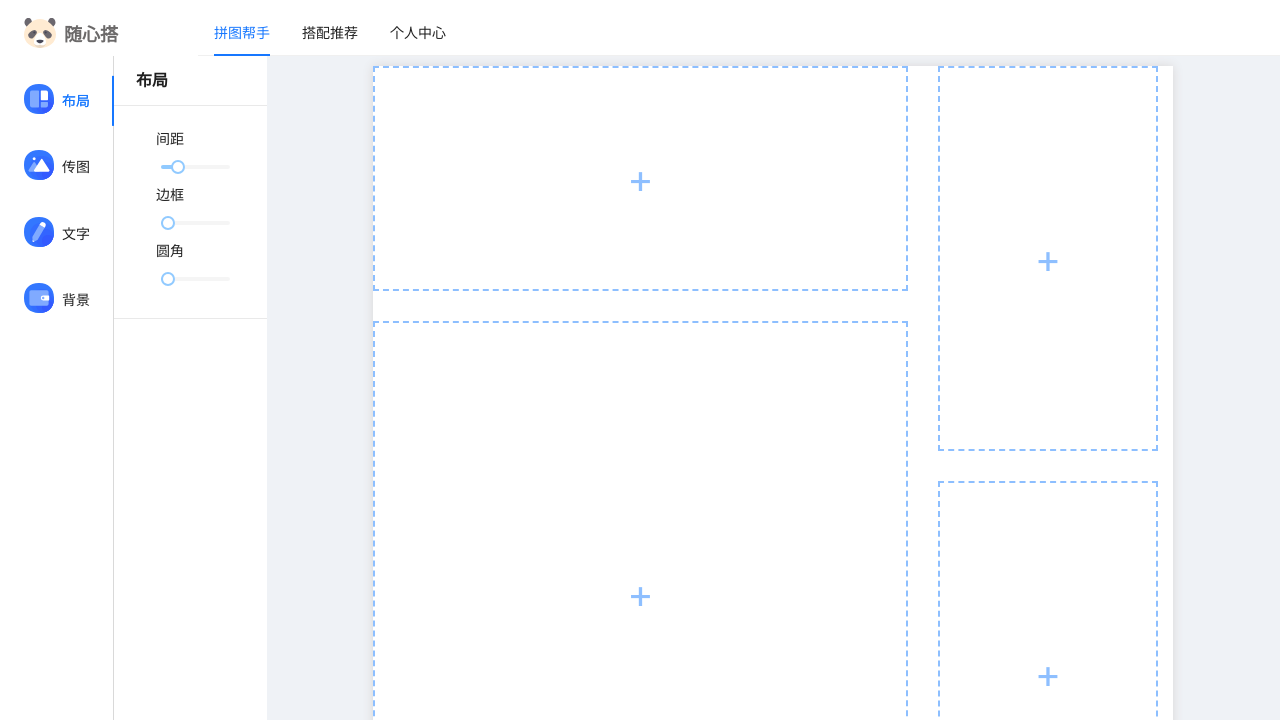
Repository: zzq1101921989/low-code
Page: /
An editor plug-in stored every save of this project. The page is shown before and after the next save, followed by the edit.
The browser window is 1280 px wide. The pictures show the whole page.
The project was rebuilt for these pictures with package versions that can differ from the ones it lists, and the page was loaded fresh each time. Also part of the build but not shown: vite.config.ts, src/pages/admin/index.tsx, src/components/icon/ClothesIcon.tsx, src/components/icon/HairIcon.tsx, src/components/icon/PantsIcon.tsx, src/components/icon/ShoeIcon.tsx, src/pages/recommend/index.tsx.

Above is the page before, as saved 2023-06-01 22:28:27.

After the next save:
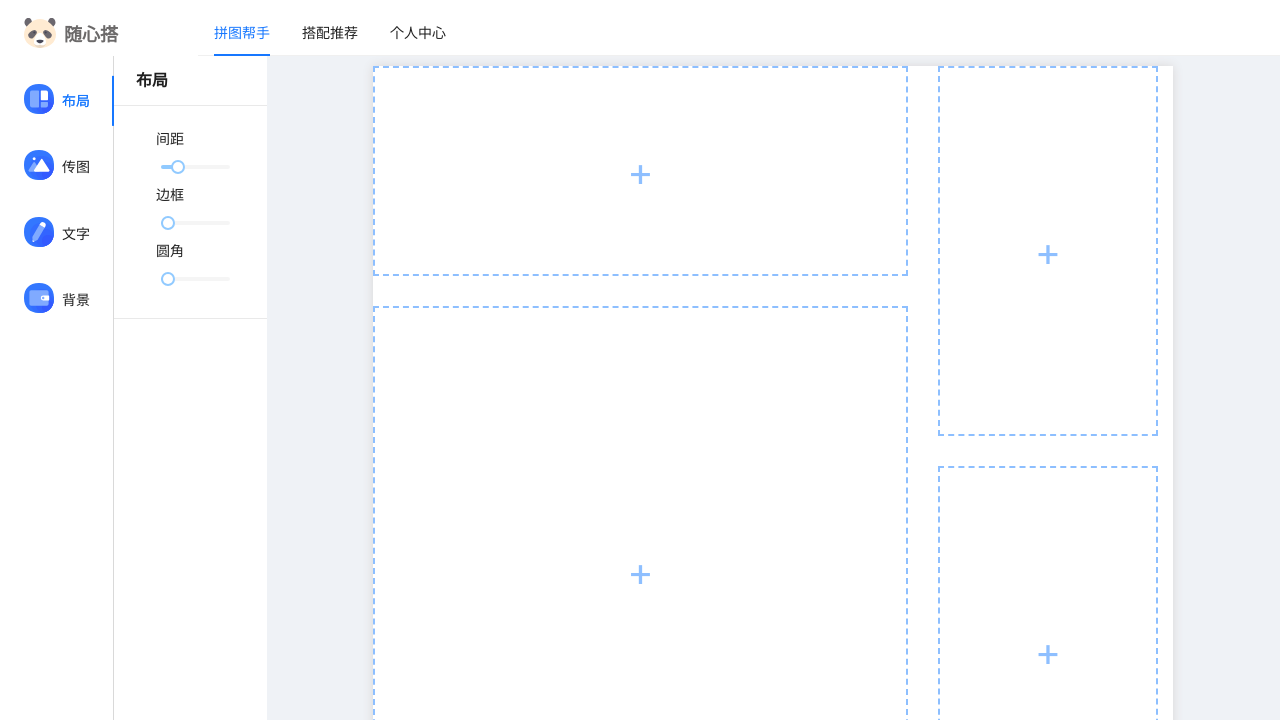
Saved 94 s later.
--- a/src/pages/home/features/DrawImage/index.tsx
+++ b/src/pages/home/features/DrawImage/index.tsx
@@ -263,8 +263,8 @@
 
         if (type !== "flag") {
           // 不同方向之下，改变的宽高也是不一样的
-          const currentWidth = containerWidth * dirW - (isLeftLayout ? padding / 2 : 0);
-          const currentHeight = containerHeight * dirH - (isTopLayout ? padding / 2 : 0);
+          const currentWidth = containerWidth * dirW - (isLeftLayout ? padding : 0);
+          const currentHeight = containerHeight * dirH - (isTopLayout ? padding : 0);
 
           elements.push(
             createrItemBox(currentWidth, currentHeight, occupyW, occupyH)

After the save that followed:
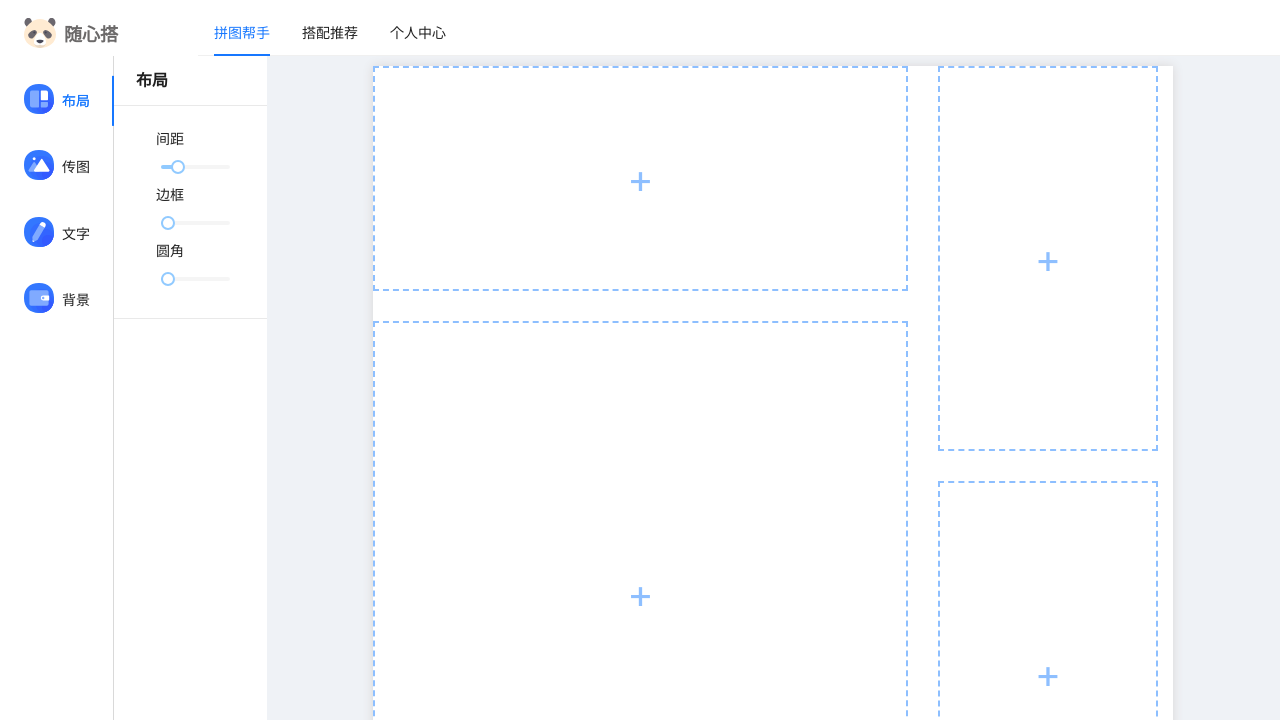
Saved 7 s later.
--- a/src/pages/home/features/DrawImage/index.tsx
+++ b/src/pages/home/features/DrawImage/index.tsx
@@ -263,8 +263,8 @@
 
         if (type !== "flag") {
           // 不同方向之下，改变的宽高也是不一样的
-          const currentWidth = containerWidth * dirW - (isLeftLayout ? padding : 0);
-          const currentHeight = containerHeight * dirH - (isTopLayout ? padding : 0);
+          const currentWidth = containerWidth * dirW - (isLeftLayout ? padding / 2 : 0);
+          const currentHeight = containerHeight * dirH - (isTopLayout ? padding / 2 : 0);
 
           elements.push(
             createrItemBox(currentWidth, currentHeight, occupyW, occupyH)
